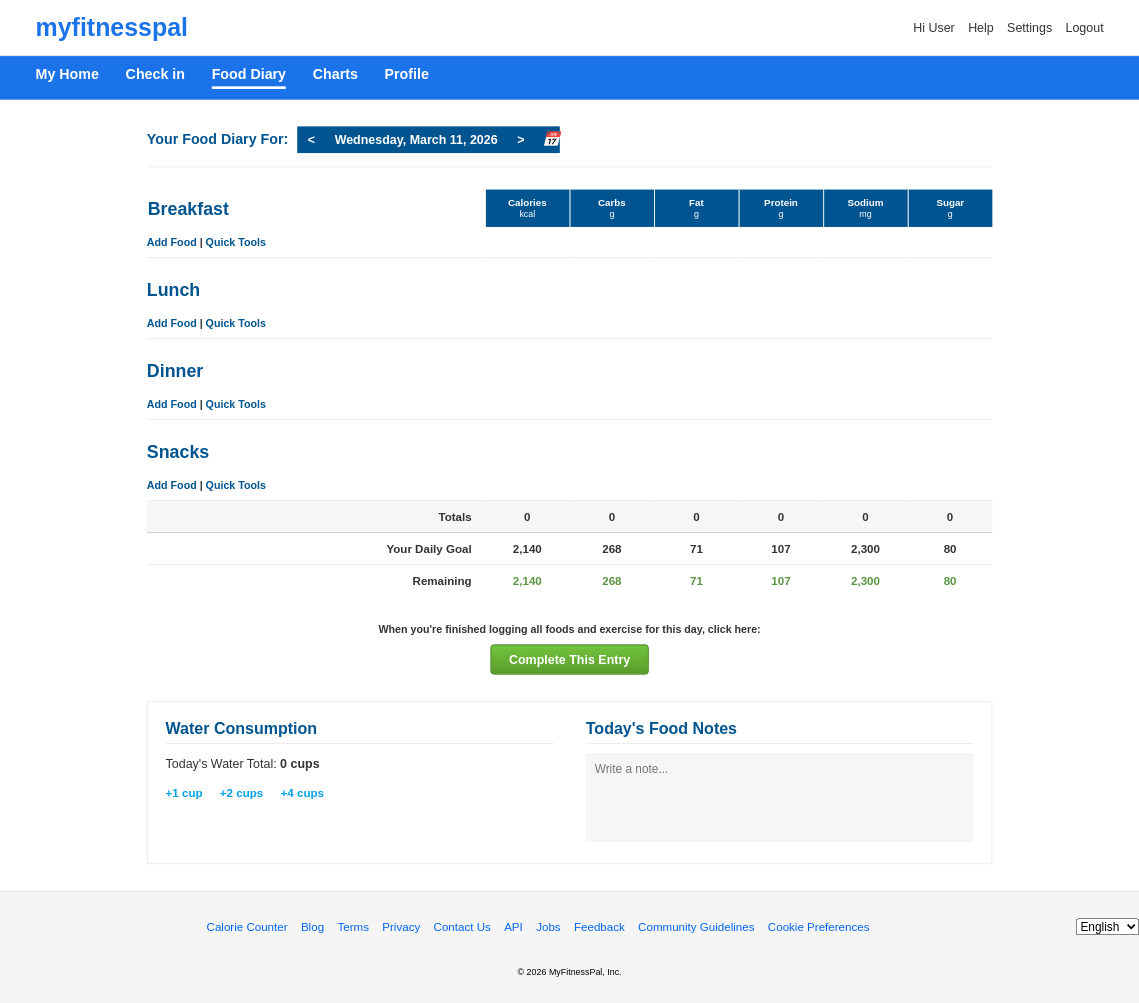
Repository: kem85/Web-Project
Page: Food-Diary.html
The author's editor kept a copy of each file at every save. The page is drawn from the files as they stood at one save, then again after the next save.
The browser window is 1280 px wide. The pictures show the whole page, at 89% of full size.

Above is the page before, as saved 2026-03-11 15:13:23.

After the next save:
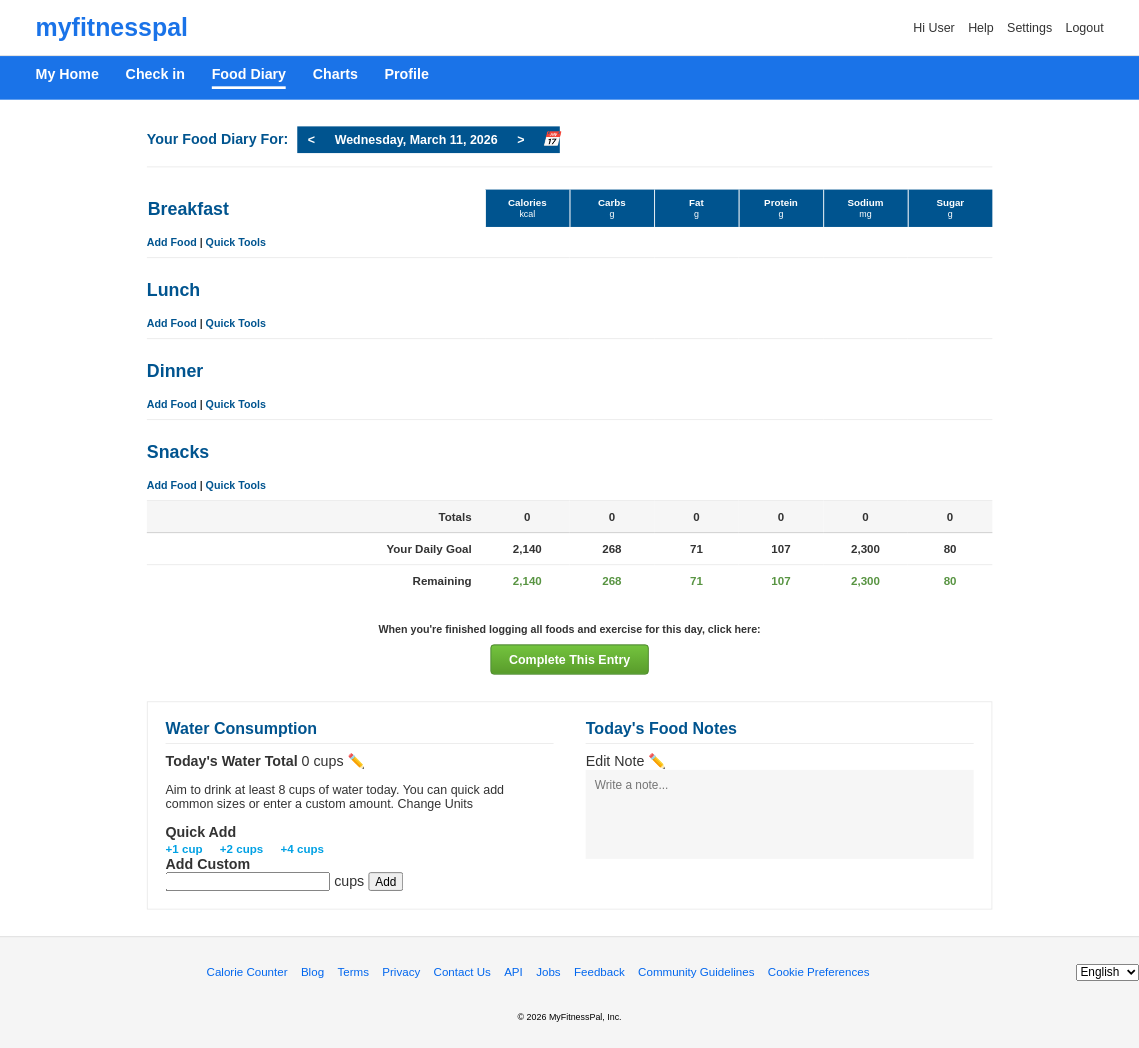
Saved 15 s later.
--- a/Food-Diary.html
+++ b/Food-Diary.html
@@ -170,17 +170,44 @@
 
       <section class="diary-widgets">
         <div class="water-consumption">
-          <h3>Water Consumption</h3>
-          <p>Today's Water Total: <strong>0 cups</strong></p>
-          <div class="water-graphic"></div>
-          <div class="quick-add">
-            <button>+1 cup</button> <button>+2 cups</button>
-            <button>+4 cups</button>
+          <div class="widget-header">
+            <h3>Water Consumption</h3>
+          </div>
+
+          <div class="water-stats">
+            <span><strong>Today's Water Total</strong></span>
+            <span class="water-amount">0 cups <a href="#">✏️</a></span>
+          </div>
+
+          <p class="water-desc">
+            Aim to drink at least 8 cups of water today. You can quick add
+            common sizes or enter a custom amount. <a href="#">Change Units</a>
+          </p>
+
+          <div class="water-controls">
+            <div class="water-graphic-placeholder"></div>
+
+            <div class="water-actions">
+              <strong>Quick Add</strong>
+              <div class="quick-add">
+                <button>+1 cup</button> <button>+2 cups</button>
+                <button>+4 cups</button>
+              </div>
+
+              <strong>Add Custom</strong>
+              <div class="custom-add">
+                <input type="text" class="custom-cups" /> cups
+                <button class="btn-add">Add</button>
+              </div>
+            </div>
           </div>
         </div>
 
         <div class="food-notes">
-          <h3>Today's Food Notes</h3>
+          <div class="widget-header">
+            <h3>Today's Food Notes</h3>
+            <a href="#" class="edit-note">Edit Note ✏️</a>
+          </div>
           <textarea placeholder="Write a note..."></textarea>
         </div>
       </section>
